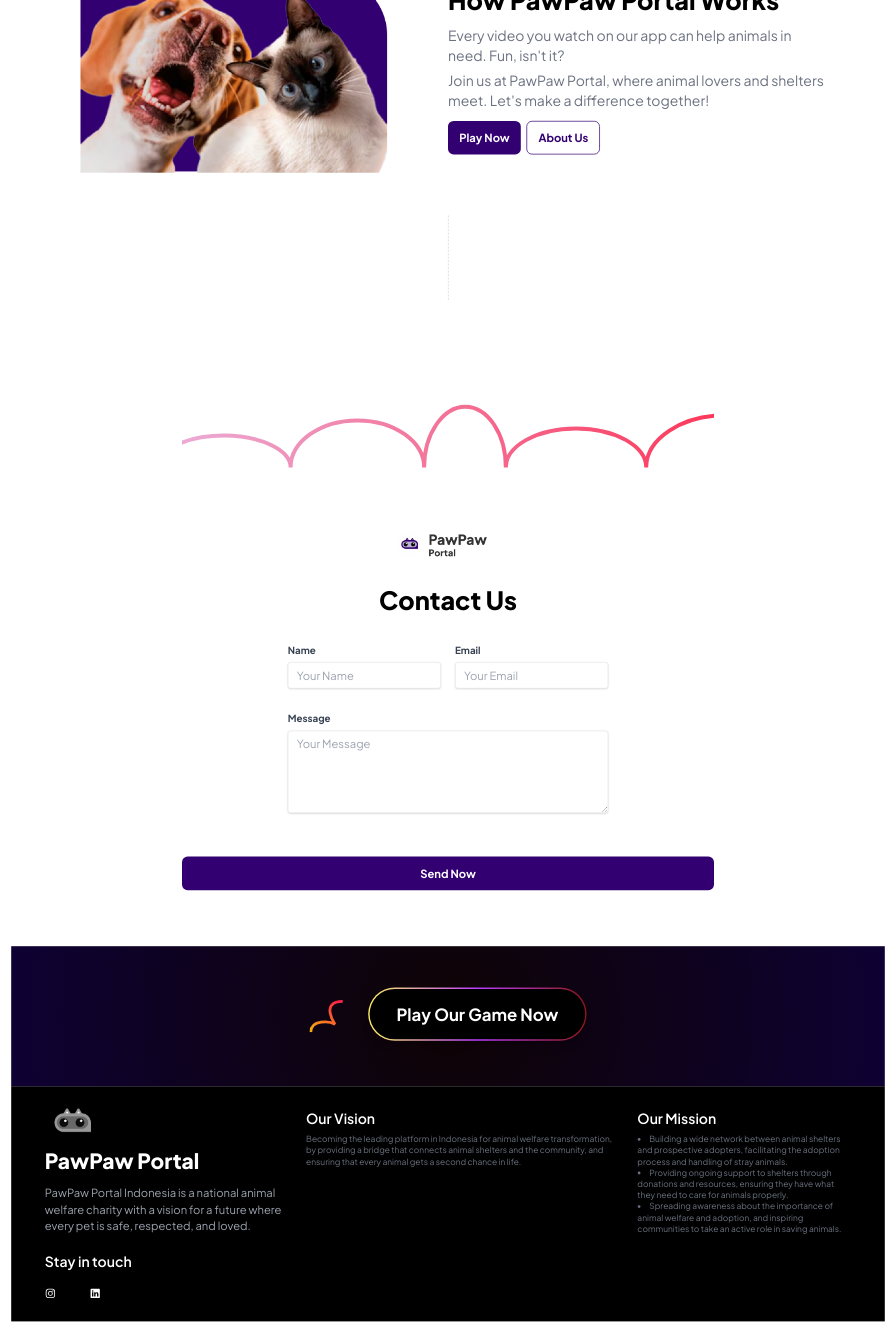
Repository: paskasiregar/pawpawwebsite
Page: /
The author's editor kept a copy of each file at every save. The page is drawn from the files as they stood at one save, then again after the next save.
The browser window is 1280 px wide. The pictures show the part of the page from y = 1314 to 3234 px (the page is 3234 px tall), at 70% of full size.
The project was rebuilt for these pictures with package versions that can differ from the ones it lists, and the page was loaded fresh each time. The framework's server and built-in components were replaced by stand-ins that run in the browser. Also part of the build but not shown: next.config.js, next.config.mjs.

Above is the page before, as saved 2024-07-31 14:31:28.

### src/app/layout.js
import { Inter } from "next/font/google";
import "./globals.css";

const inter = Inter({ subsets: ["latin"] });

export const metadata = {
  title: "PawPaw Portal | Your One-Stop Shelter",
  description: "Your One-Stop Shelter",
};

export default function RootLayout({ children }) {
  return (
    <html lang="en">
      <body className={inter.className}>{children}</body>
    </html>
  );
}

### src/app/globals.css
@import url("https://fonts.googleapis.com/css2?family=Plus+Jakarta+Sans:wght@400;600;700;800&display=swap");

@tailwind base;
@tailwind components;
@tailwind utilities;

body {
  font-family: "Plus Jakarta Sans", sans-serif;
}

.hero-bg {
  display: flex;
  background: radial-gradient(
    circle,
    rgb(204, 188, 230) 10%,
    rgb(255, 255, 255) 50%
  );
}

.cta-container {
  display: flex;
  justify-content: center;
  align-items: center;
  position: relative;
  background: radial-gradient(circle, rgb(14, 4, 4) 0%, rgb(14, 1, 51) 100%);
  padding: 20px;
  gap: 20px;
  min-height: 200px;
}

.cta-button {
  display: inline-block;
  padding: 20px 40px;
  font-size: 24px;
  font-weight: bold;
  color: white;
  background: black;
  border-radius: 40px;
  position: relative;
  z-index: 1;
  overflow: hidden;
  transition: all 0.3s ease;
  text-align: center;
}

.cta-button::before {
  content: "";
  position: absolute;
  top: -2px;
  left: -2px;
  right: -2px;
  bottom: -2px;
  background: linear-gradient(
    90deg,
    rgb(255, 244, 97) 0%,
    rgb(187, 61, 255) 50%,
    rgb(142, 23, 23) 100%
  );
  z-index: -1;
  border-radius: inherit;
}

.cta-button::after {
  content: "";
  position: absolute;
  top: 2px;
  left: 2px;
  right: 2px;
  bottom: 2px;
  background: black;
  z-index: -1;
  border-radius: inherit;
}

.cta-button:hover {
  color: rgb(237, 246, 133);
  background: white;
}

.footer-bg {
  background: radial-gradient(circle, rgb(14, 4, 4) 0%, rgb(14, 1, 51) 100%);
  color: white;
  text-align: center;
  padding: 20px;
}

.centeredcontainer {
  width: 100vw;
  height: auto;
}

.main-container {
  width: 100%;
  max-width: 1200px;
  margin: 0 auto;
  padding: 0 20px;
}
.header-content {
  display: flex;
  flex-direction: row;
  align-items: center;
  justify-content: space-between;
}

.header-logo-button {
  display: flex;
  flex-direction: row;
  align-items: center;
  gap: 16px; /* Adjust spacing as needed */
}

html {
  scroll-behavior: smooth;
}

### src/components/contact.jsx
import React from "react";
import PrimaryButton from "@/components/primaryButton";
import NameInput from "./nameInput";
import EmailInput from "./emailInput";
import MessageInput from "./mesageInput";
import Image from "next/image";
import logoHeaderImage from "../assets/banner-10.png";

export const Contact = () => {
  return (
    <div className="font-plus-jakarta flex flex-col items-center justify-center py-16 px-4 md:px-[200px] gap-[40px] text-29xl">
      <div className="flex justify-start items-start">
        <svg
          width="w-auto"
          height="188"
          viewBox="0 0 1620 188"
          fill="none"
          xmlns="http://www.w3.org/2000/svg"
        >
          <path
            d="M1891 188C1891 100.375 1784.67 29.342 1653.5 29.342C1522.34 29.342 1413.53 100.375 1413.53 188C1413.53 122.37 1317.84 69.158 1199.78 69.158C1081.72 69.158 986.029 122.362 986.029 188C986.029 85.8274 930.825 3 862.735 3C794.645 3 737.369 85.8274 737.369 188C737.369 108.853 646.33 44.6865 534.029 44.6865C421.728 44.6865 330.689 108.853 330.689 188C330.689 134.381 239.649 90.9105 127.349 90.9105C15.0481 90.9105 -76 134.381 -76 188"
            stroke="url(#paint0_linear_545_35799)"
            stroke-width="12"
            stroke-miterlimit="10"
            stroke-linejoin="bevel"
          />
          <defs>
            <linearGradient
              id="paint0_linear_545_35799"
              x1="-84.5283"
              y1="91.1699"
              x2="1899.52"
              y2="91.1699"
              gradientUnits="userSpaceOnUse"
            >
              <stop offset="0.0224" stop-color="#EBADD7" />
              <stop offset="1" stop-color="#FF2445" />
            </linearGradient>
          </defs>
        </svg>
      </div>
      <Image
        className="w-36 h-10 object-cover"
        alt="Logo"
        src={logoHeaderImage}
        width={120}
        height={20}
      />
      <div className="flex justify-center text-4xl font-extrabold space-y-4">
        Contact Us
      </div>
      <form action="https://submit-form.com/E0a8H8KS4">
        <div className="w-full flex flex-col items-start gap-[16px] text-base text-light-l800 font-regular-reg-2">
          <div className="w-full flex flex-col md:flex-row gap-[20px]">
            <div className="w-full md:w-1/2">
              <NameInput className="w-full" />
            </div>
            <div className="w-full md:w-1/2">
              <EmailInput className="w-full" />
            </div>
          </div>
          <div className="w-full">
            <MessageInput className="w-full" />
          </div>
        </div>
      </form>
      <PrimaryButton>Send Now</PrimaryButton>
    </div>
  );
};

export default Contact;

### src/components/divider.jsx
export const Divider = () => {
  return (
    <div className="self-stretch h-[195px] flex flex-row items-center justify-center py-16 px-[130px] box-border">
      <div className="w-px relative box-border h-[121px] border-r-[1px] border-dashed border-gray-300" />
    </div>
  );
};

### src/components/footer.jsx
import Link from "next/link";
import React from "react";
import Image from "next/image";
import logoFooterImage from "../assets/inverse.png";

export const Footer = () => {
  return (
    <div className="font-plus-jakarta w-full flex bg-black">
      <div className="font-plus-jakarta w-full flex flex-col items-center bg-black py-8 px-4">
        <div className="max-w-6xl w-full mx-auto space-y-6">
          {/* Footer Header */}
          <div className="flex flex-col md:flex-row items-center md:items-start md:justify-between mb-6">
            <div className="space-y-4">
              <Image
                className="w-20 h-10 object-cover"
                alt="Logo"
                src={logoFooterImage}
                width={80}
                height={80}
              />
              <div className="space-y-4">
                <div className="text-white text-3xl font-extrabold">
                  PawPaw Portal
                </div>
                <p className="text-med text-gray-400">
                  PawPaw Portal Indonesia is a national animal welfare charity
                  with a vision for a future where every pet is safe, respected,
                  and loved.
                </p>
              </div>
            </div>

            {/* Vision and Mission */}
            <div className="flex flex-col md:flex-row mt-4 md:mt-0 space-y-4 md:space-y-0 md:space-x-8">
              <div className="space-y-2">
                <div className="font-semibold text-xl text-white">
                  Our Vision
                </div>
                <div className="text-xs text-gray-500">
                  Becoming the leading platform in Indonesia for animal welfare
                  transformation, by providing a bridge that connects animal
                  shelters and the community, and ensuring that every animal
                  gets a second chance in life.
                </div>
              </div>
              <div className="space-y-2">
                <div className="font-semibold text-xl text-white">
                  Our Mission
                </div>
                <div className="text-xs text-gray-500">
                  <ol className="list-inside list-disc">
                    <li>
                      Building a wide network between animal shelters and
                      prospective adopters, facilitating the adoption process
                      and handling of stray animals.
                    </li>
                    <li>
                      Providing ongoing support to shelters through donations
                      and resources, ensuring they have what they need to care
                      for animals properly.
                    </li>
                    <li>
                      Spreading awareness about the importance of animal welfare
                      and adoption, and inspiring communities to take an active
                      role in saving animals.
                    </li>
                  </ol>
                </div>
              </div>
            </div>
          </div>
          {/* social media */}
          <div className="text-xl font-semibold mb-4 text-white">
            Stay in touch
          </div>
          <div className="flex space-x-4">
            <Link href="https://www.instagram.com/pawpawportal">
              <svg
                xmlns="http://www.w3.org/2000/svg"
                width="1em"
                height="1em"
                viewBox="0 0 24 24"
              >
                <path
                  fill="white"
                  d="M17.34 5.46a1.2 1.2 0 1 0 1.2 1.2a1.2 1.2 0 0 0-1.2-1.2m4.6 2.42a7.59 7.59 0 0 0-.46-2.43a4.94 4.94 0 0 0-1.16-1.77a4.7 4.7 0 0 0-1.77-1.15a7.3 7.3 0 0 0-2.43-.47C15.06 2 14.72 2 12 2s-3.06 0-4.12.06a7.3 7.3 0 0 0-2.43.47a4.78 4.78 0 0 0-1.77 1.15a4.7 4.7 0 0 0-1.15 1.77a7.3 7.3 0 0 0-.47 2.43C2 8.94 2 9.28 2 12s0 3.06.06 4.12a7.3 7.3 0 0 0 .47 2.43a4.7 4.7 0 0 0 1.15 1.77a4.78 4.78 0 0 0 1.77 1.15a7.3 7.3 0 0 0 2.43.47C8.94 22 9.28 22 12 22s3.06 0 4.12-.06a7.3 7.3 0 0 0 2.43-.47a4.7 4.7 0 0 0 1.77-1.15a4.85 4.85 0 0 0 1.16-1.77a7.59 7.59 0 0 0 .46-2.43c0-1.06.06-1.4.06-4.12s0-3.06-.06-4.12M20.14 16a5.61 5.61 0 0 1-.34 1.86a3.06 3.06 0 0 1-.75 1.15a3.19 3.19 0 0 1-1.15.75a5.61 5.61 0 0 1-1.86.34c-1 .05-1.37.06-4 .06s-3 0-4-.06a5.73 5.73 0 0 1-1.94-.3a3.27 3.27 0 0 1-1.1-.75a3 3 0 0 1-.74-1.15a5.54 5.54 0 0 1-.4-1.9c0-1-.06-1.37-.06-4s0-3 .06-4a5.54 5.54 0 0 1 .35-1.9A3 3 0 0 1 5 5a3.14 3.14 0 0 1 1.1-.8A5.73 5.73 0 0 1 8 3.86c1 0 1.37-.06 4-.06s3 0 4 .06a5.61 5.61 0 0 1 1.86.34a3.06 3.06 0 0 1 1.19.8a3.06 3.06 0 0 1 .75 1.1a5.61 5.61 0 0 1 .34 1.9c.05 1 .06 1.37.06 4s-.01 3-.06 4M12 6.87A5.13 5.13 0 1 0 17.14 12A5.12 5.12 0 0 0 12 6.87m0 8.46A3.33 3.33 0 1 1 15.33 12A3.33 3.33 0 0 1 12 15.33"
                />
              </svg>
            </Link>
            <Link href="https://twitter.com/pawpawportal">
              <svg
                xmlns="http://www.w3.org/2000/svg"
                width="1em"
                height="1em"
                viewBox="0 0 24 24"
              >
                <g fill="white">
                  <path d="M1 2h2.5L3.5 2h-2.5z">
                    <animate
                      fill="freeze"
                      attributeName="d"
                      dur="0.4s"
                      values="M1 2h2.5L3.5 2h-2.5z;M1 2h2.5L18.5 22h-2.5z"
                    />
                  </path>
                  <path d="M5.5 2h2.5L7.2 2h-2.5z">
                    <animate
                      fill="freeze"
                      attributeName="d"
                      dur="0.4s"
                      values="M5.5 2h2.5L7.2 2h-2.5z;M5.5 2h2.5L23 22h-2.5z"
                    />
                  </path>
                  <path d="M3 2h5v0h-5z" opacity="0">
                    <set attributeName="opacity" begin="0.4s" to="1" />
                    <animate
                      fill="freeze"
                      attributeName="d"
                      begin="0.4s"
                      dur="0.4s"
                      values="M3 2h5v0h-5z;M3 2h5v2h-5z"
                    />
                  </path>
                  <path d="M16 22h5v0h-5z" opacity="0">
                    <set attributeName="opacity" begin="0.4s" to="1" />
                    <animate
                      fill="freeze"
                      attributeName="d"
                      begin="0.4s"
                      dur="0.4s"
                      values="M16 22h5v0h-5z;M16 22h5v-2h-5z"
                    />
                  </path>
                  <path d="M18.5 2h3.5L22 2h-3.5z" opacity="0">
                    <set attributeName="opacity" begin="0.5s" to="1" />
                    <animate
                      fill="freeze"
                      attributeName="d"
                      begin="0.5s"
                      dur="0.4s"
                      values="M18.5 2h3.5L22 2h-3.5z;M18.5 2h3.5L5 22h-3.5z"
                    />
                  </path>
                </g>
              </svg>
            </Link>
            <Link href="https://www.linkedin.com/company/pawpawportal">
              <svg
                xmlns="http://www.w3.org/2000/svg"
                width="1em"
                height="1em"
                viewBox="0 0 24 24"
              >
                <path
                  fill="white"
                  d="M20.47 2H3.53a1.45 1.45 0 0 0-1.47 1.43v17.14A1.45 1.45 0 0 0 3.53 22h16.94a1.45 1.45 0 0 0 1.47-1.43V3.43A1.45 1.45 0 0 0 20.47 2M8.09 18.74h-3v-9h3ZM6.59 8.48a1.56 1.56 0 1 1 0-3.12a1.57 1.57 0 1 1 0 3.12m12.32 10.26h-3v-4.83c0-1.21-.43-2-1.52-2A1.65 1.65 0 0 0 12.85 13a2 2 0 0 0-.1.73v5h-3v-9h3V11a3 3 0 0 1 2.71-1.5c2 0 3.45 1.29 3.45 4.06Z"
                />
              </svg>
            </Link>
          </div>
        </div>
      </div>
    </div>
  );
};

export default Footer;

### src/components/header.jsx
import Link from "next/link";
import PrimaryButton from "@/components/primaryButton";
import React from "react";
import Image from "next/image";
import logoHeaderImage from "../assets/banner-10.png";

export const Header = () => {
  return (
    <div className="font-plus-jakarta w-full flex flex-col items-center justify-center text-left text-gray-500">
      <div className="self-stretch bg-white flex flex-col items-center justify-center text-sm">
        <div className="w-full header-content p-2.5 box-border">
          <Link href="/">
            <Image
              className="w-36 h-10 object-cover"
              alt="Logo"
              src={logoHeaderImage}
              width={120}
              height={20}
            />
          </Link>
          <div className="hidden md:flex flex-row items-center justify-center gap-8">
            <div>
              <Link href="#how-it-works">How It Works</Link>
            </div>
            <div>
              <Link href="#about-us">About Us</Link>
            </div>
          </div>
          <div className="header-logo-button">
            <PrimaryButton>Be Our Hero Today!</PrimaryButton>
          </div>
        </div>
      </div>
    </div>
  );
};

export default Header;

### src/components/CTA.jsx
import React from "react";
import Link from "next/link";

const CTA = () => {
  return (
    <div className="cta-container font-plus-jakarta p-4 md:p-8 flex flex-col md:flex-row items-center justify-center">
      <svg
        className="cta-decoration mb-4 md:mb-0 md:mr-4"
        width="48"
        height="46"
        viewBox="0 0 48 46"
        fill="none"
        xmlns="http://www.w3.org/2000/svg"
      >
        <path
          d="M2 46C2 27.296 29.551 30.0086 36.5736 34.5625C36.5736 34.5625 14.4611 2 47.5714 2"
          stroke="url(#cta_gradient)"
          strokeWidth="3.92857"
          strokeMiterlimit="10"
          strokeLinejoin="bevel"
        />
        <defs>
          <linearGradient
            id="cta_gradient"
            x1="37.3571"
            y1="2"
            x2="7.5"
            y2="46"
            gradientUnits="userSpaceOnUse"
          >
            <stop stopColor="#FF2445" />
            <stop offset="1" stopColor="#F5AB0E" />
          </linearGradient>
        </defs>
      </svg>
      <Link href="/game">
        <div className="cta-button text-center bg-gradient-to-r from-orange-500 to-pink-500 text-white font-bold py-2 px-4 rounded-lg shadow-lg cursor-pointer">
          Play Our Game Now
        </div>
      </Link>
    </div>
  );
};

export default CTA;

### src/components/primaryButton.jsx
import React from "react";

const PrimaryButton = ({ children, onClick }) => {
  return (
    <button
      className="self-stretch  bg-inherit-320071 hover:bg-blue-700 text-white font-bold px-4 py-3 rounded-lg"
      onClick={onClick}
    >
      {children}
    </button>
  );
};

export default PrimaryButton;

### src/components/secButton.jsx
import React from "react";

const SecButton = ({ children, onClick }) => {
  return (
    <button
      className="bg-white border border-inherit-320071 text-inherit-320071 font-bold py-2 px-4 rounded-lg"
      onClick={onClick}
    >
      {children}
    </button>
  );
};

export default SecButton;

### src/components/nameInput.jsx
import React from "react";

const NameInput = ({ value, onChange }) => {
  return (
    <div className="mb-4">
      <label
        className="block text-gray-700 text-sm font-bold mb-2"
        htmlFor="name"
      >
        Name
      </label>
      <input
        id="name"
        type="text"
        value={value}
        onChange={onChange}
        className="shadow appearance-none border rounded w-full py-2 px-3 text-gray-700 leading-tight focus:outline-none focus:shadow-outline"
        placeholder="Your Name"
      />
    </div>
  );
};

export default NameInput;

### src/components/emailInput.jsx
import React from "react";

const EmailInput = ({ value, onChange }) => {
  return (
    <div className="mb-4">
      <label
        className="block text-gray-700 text-sm font-bold mb-2"
        htmlFor="email"
      >
        Email
      </label>
      <input
        id="email"
        type="email"
        value={value}
        onChange={onChange}
        className="shadow appearance-none border rounded w-full py-2 px-3 text-gray-700 leading-tight focus:outline-none focus:shadow-outline"
        placeholder="Your Email"
      />
    </div>
  );
};

export default EmailInput;

### src/components/mesageInput.jsx
import React from "react";

const MessageInput = ({ value, onChange }) => {
  return (
    <div className="mb-4">
      <label
        className="block text-gray-700 text-sm font-bold mb-2"
        htmlFor="message"
      >
        Message
      </label>
      <textarea
        id="message"
        value={value}
        onChange={onChange}
        className="shadow appearance-none border rounded w-full py-2 px-3 text-gray-700 leading-tight focus:outline-none focus:shadow-outline"
        placeholder="Your Message"
        rows="5"
      />
    </div>
  );
};

export default MessageInput;

Loaded but not shown: src/app/page.js (128 lines, source omitted); tailwind.config.js (24 lines, source omitted); src/components/hero.jsx (211 lines, source omitted)

After the next save:
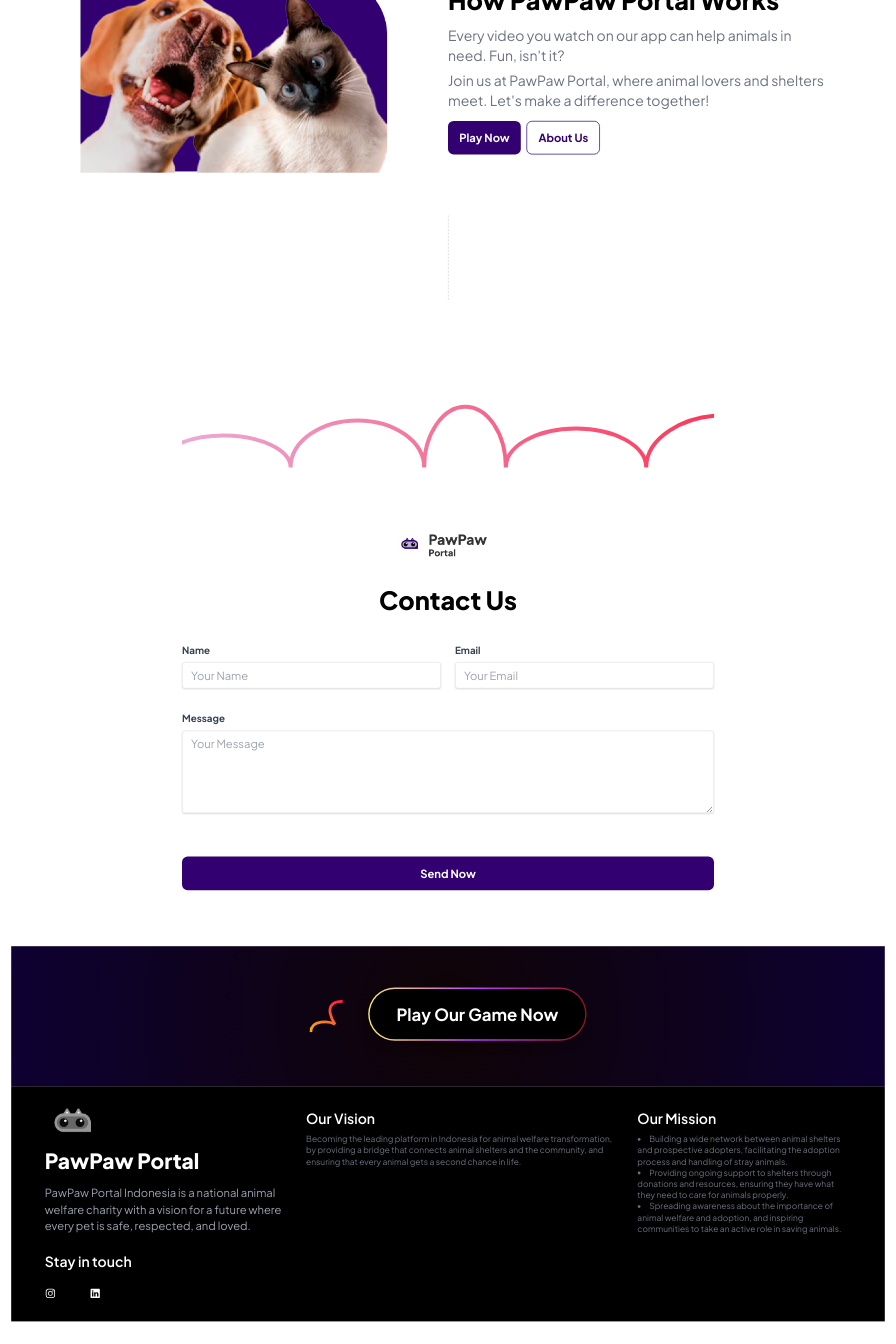
Saved 2 min 25 s later.
--- a/src/components/contact.jsx
+++ b/src/components/contact.jsx
@@ -49,7 +49,7 @@ export const Contact = () => {
       <div className="flex justify-center text-4xl font-extrabold space-y-4">
         Contact Us
       </div>
-      <form action="https://submit-form.com/E0a8H8KS4">
+      <form action="https://submit-form.com/E0a8H8KS4" className="w-full">
         <div className="w-full flex flex-col items-start gap-[16px] text-base text-light-l800 font-regular-reg-2">
           <div className="w-full flex flex-col md:flex-row gap-[20px]">
             <div className="w-full md:w-1/2">
